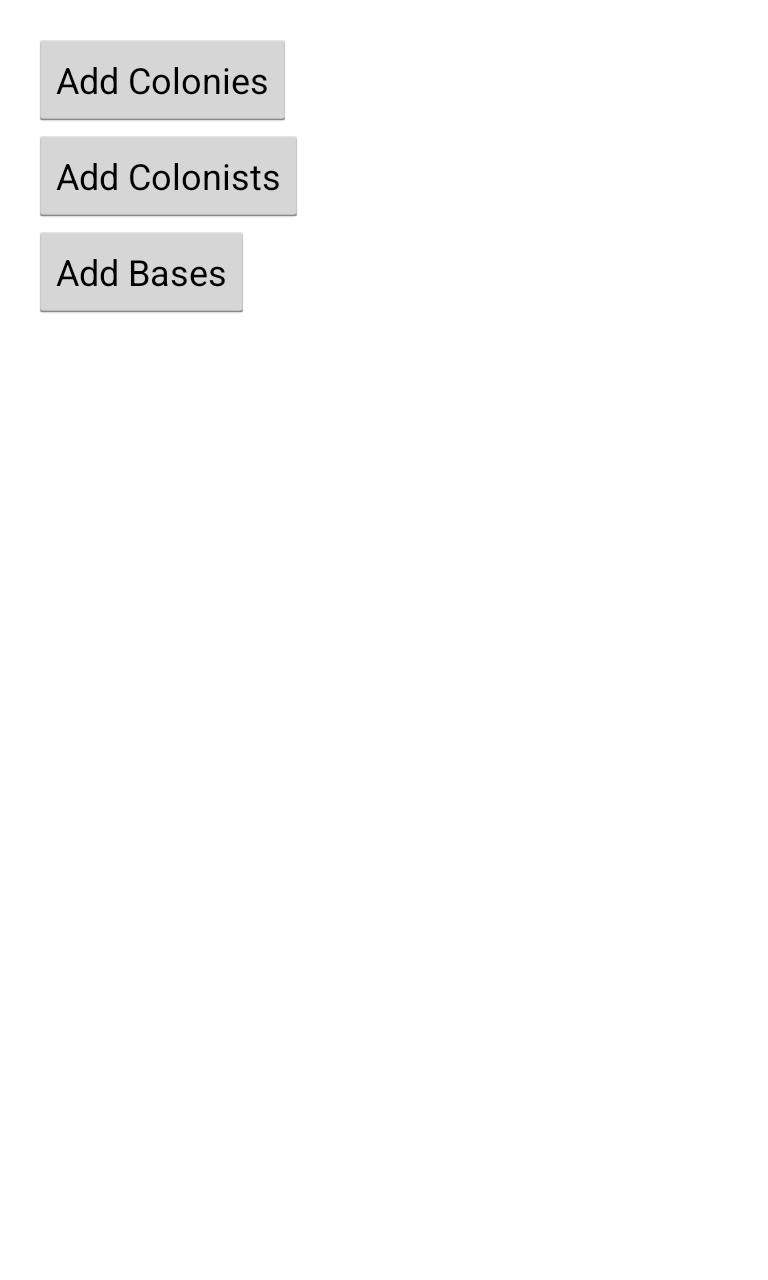
Repository: blender-head/android_basic
Layout: Hello_World/res/layout/activity_config_planet.xml
These files come from the project's save history. The layout is drawn as it stood at one moment and after the next save; the edit follows.
It is drawn on a 768 x 1280 px phone screen (xhdpi) without system bars, with theme AppTheme; the app's code is not run.

Above is the layout before, as saved 2013-12-31 17:29:02.

### Hello_World/res/layout/activity_config_planet.xml
<LinearLayout xmlns:android="http://schemas.android.com/apk/res/android"
    xmlns:tools="http://schemas.android.com/tools"
    android:layout_width="match_parent"
    android:layout_height="match_parent"
    android:paddingBottom="@dimen/activity_vertical_margin"
    android:paddingLeft="@dimen/activity_horizontal_margin"
    android:paddingRight="@dimen/activity_horizontal_margin"
    android:paddingTop="@dimen/activity_vertical_margin"
    android:orientation="vertical"
    tools:context=".ConfigPlanetActivity" >

    <Button
        android:id="@+id/coloniesButton"
		android:layout_width="wrap_content"
		android:layout_height="wrap_content"
		android:text="@string/button_name_colonies" />

    <Button
        android:id="@+id/colonistsButton"
		android:layout_width="wrap_content"
		android:layout_height="wrap_content"
		android:text="@string/button_name_colonists" />

    <Button
        android:id="@+id/basesButton"
		android:layout_width="wrap_content"
		android:layout_height="wrap_content"
		android:text="@string/button_name_bases" />

</LinearLayout>

### Hello_World/res/values/strings.xml
<?xml version="1.0" encoding="utf-8"?>
<resources>

    <string name="app_name">Hello_World</string>
    <string name="action_settings">Settings</string>
    <string name="hello_world">Hello world!</string>

    <!-- Labels -->
    <string name="planet_name_label">Planet Name: </string>
    <string name="planet_mass_label">Planet Mass: </string>
    <string name="planet_gravity_label">Planet Gravity: </string>
    <string name="planet_colonies_label">Planet Colonies: </string>
    <string name="planet_population_label">Planet Population: </string>
    <string name="planet_military_label">Planet Military: </string>
    <string name="planet_bases_label">Planet Bases: </string>
    <string name="planet_forcefield_label">Planet Forcefield: </string>

    <!-- Menus -->
    <string name="menu_add_planet">Add a New Planet</string>
    <string name="menu_config_planet">Configure Planet</string>
    <string name="menu_travel_planet">Travel to Planet</string>
    <string name="menu_attack_planet">Attack on Planet</string>
    <string name="menu_home_planet">Show Home Planet</string>
    <string name="title_activity_new_planet">NewPlanetActivity</string>

    <!-- Planet names -->
    <string name="content_desc_earth">Planet Earth</string>
    <string name="content_desc_mars">Planet Mars</string>
    <string name="content_desc_venus">Planet Venus</string>
    <string name="content_desc_jupiter">Planet Jupiter</string>
    <string name="content_desc_saturn">Planet Saturn</string>
    <string name="content_desc_neptune">Planet Neptune</string>
    <string name="title_activity_config_planet">ConfigPlanetActivity</string>

    <!-- Buttins -->
    <string name="button_name_colonies">Add Colonies</string>
	<string name="button_name_colonists">Add Colonists</string>
	<string name="button_name_bases">Add Bases</string>
	<string name="button_name_military">Add Military</string>
	<string name="button_name_ffon">Forcefield On</string>
	<string name="button_name_ffoff">Forcefield Off</string>

</resources>

Loaded but not shown: Hello_World/res/values/styles.xml (common file); Hello_World/res/values-v11/styles.xml (common file); Hello_World/res/values-v14/styles.xml (common file); Hello_World/res/values/dimens.xml (common file)

After the next save:
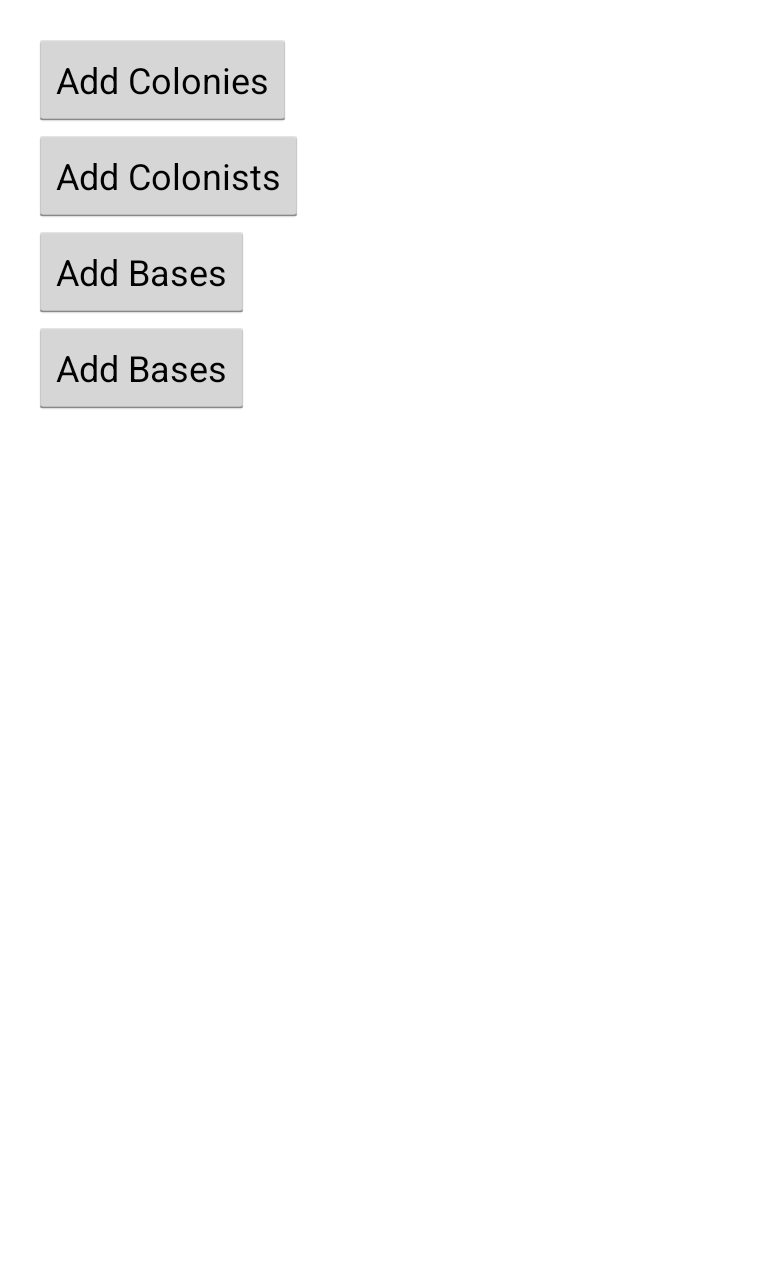
Saved 13 s later.
--- a/Hello_World/res/layout/activity_config_planet.xml
+++ b/Hello_World/res/layout/activity_config_planet.xml
@@ -27,4 +27,10 @@
 		android:layout_height="wrap_content"
 		android:text="@string/button_name_bases" />
 
+    <Button
+        android:id="@+id/militaryButton"
+		android:layout_width="wrap_content"
+		android:layout_height="wrap_content"
+		android:text="@string/button_name_bases" />
+
 </LinearLayout>
